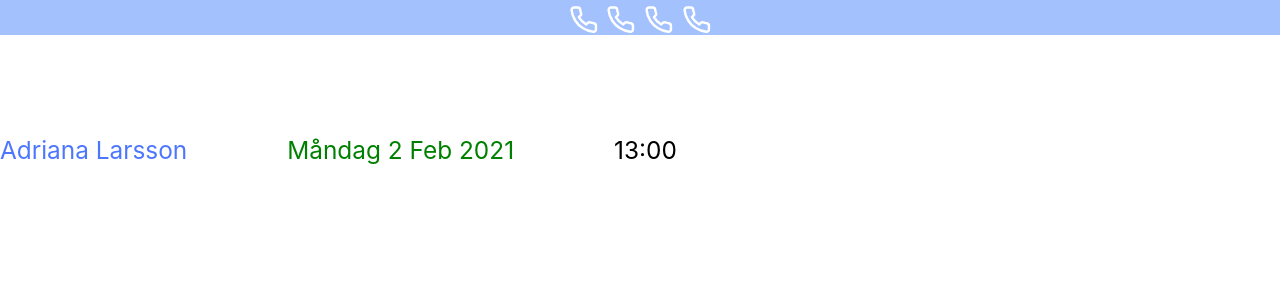
Repository: AdrianaLarsson/learning-react-adriana
Page: /
These files come from the project's save history. The page is drawn as it stood at one moment and after a run of saves; the edit follows.
The browser window is 1280 px wide. The pictures show the whole page.
The project was rebuilt for these pictures with package versions that can differ from the ones it lists, and the page was loaded fresh each time. Also part of the build but not shown: src/components/pixiLearn/pixi-learning.js, src/components/pixiLearn/reactTimline/timelinegant.js.

Above is the page before, as saved 2021-02-17 13:40:18.

After the next 2 saves:
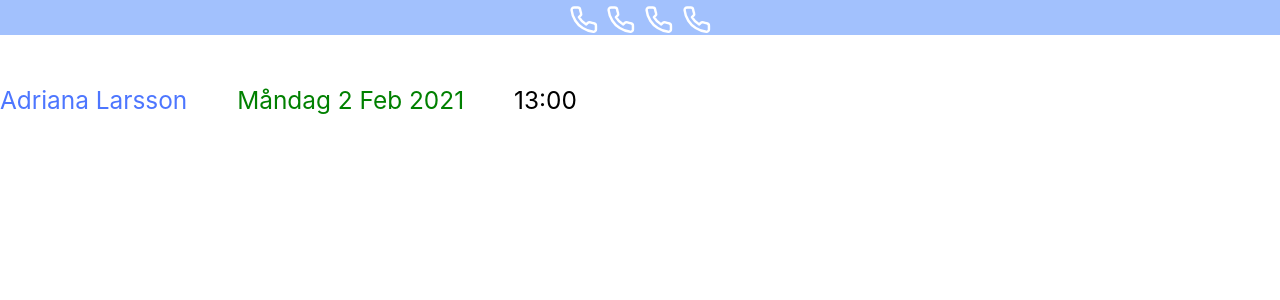
The 2 saves are shown as one change because they came seconds apart.
The last was saved 11 s later.
--- a/src/App.css
+++ b/src/App.css
@@ -28,7 +28,7 @@
   color: rgb(77, 118, 255);
 }
 .date{
-  margin: 100px;
+  margin: 50px;
   text-align: center;
   display: inline-flex;
   color: green;
